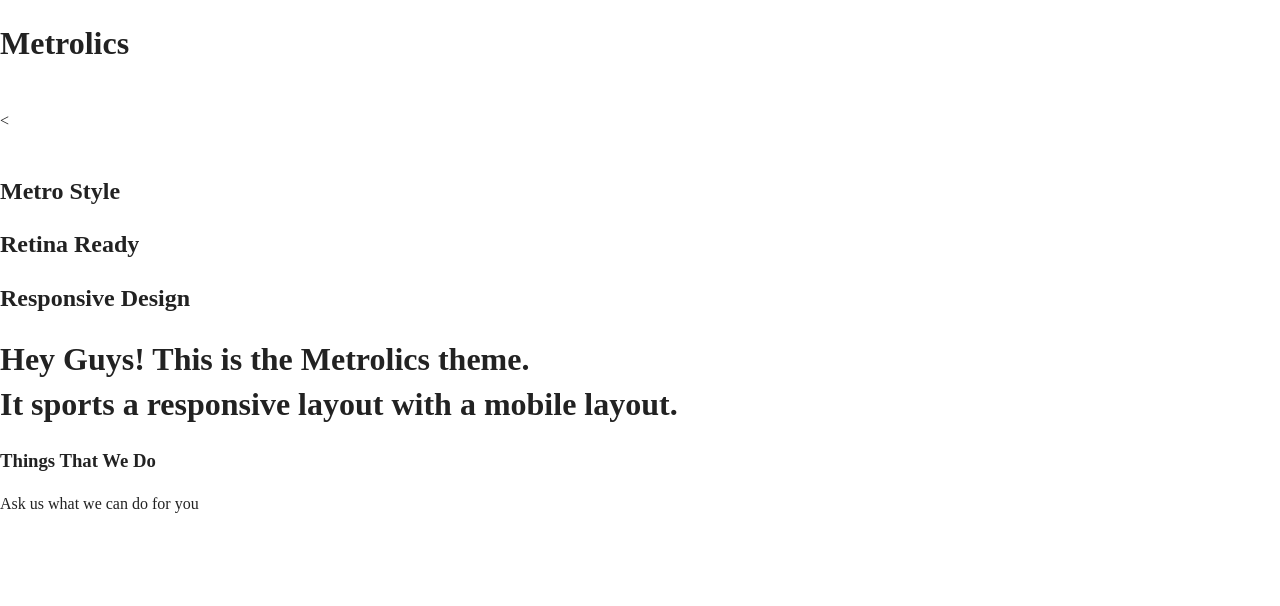
Repository: claudiashin/metrolics
Page: index.html
These files come from the project's save history. The page is drawn as it stood at one moment and after a run of saves; the edit follows.
The browser window is 1280 px wide. The pictures show the whole page.

Above is the page before, as saved 2021-01-27 14:30:31.

### index.html
<!doctype html>
<html class="no-js" lang="EN">

<head>
  <meta charset="utf-8">
  <title>MDIA 2003 Lab 3</title>
  <meta name="description" content="">
  <meta name="viewport" content="width=device-width, initial-scale=1">

  <link rel="manifest" href="site.webmanifest">
  <link rel="apple-touch-icon" href="icon.png">
  <!-- Place favicon.ico in the root directory -->

  <link rel="stylesheet" href="css/normalize.css">
  <link rel="stylesheet" href="css/main.css">
</head>

<body>
  <header>
    <div>
      <h1>Metrolics</h1>
      <img src="">
    </div>
  </header>

  <nav class="navbar">
    <div class="nav_container">
      <div class="nav_icon">
        <
      </div>
    </div>
  </nav>

  <section class="main_container">
    <div class="heroimg">
      <img src="">
    </div>
    <div class="">
      <h2>Metro Style</h2>
      <h2>Retina Ready</h2>
      <h2>Responsive Design</h2>
    </div>
  </section>

  <section class="main_container">
    <h1>
      Hey Guys! This is the <span class="textcol">Metrolics</span> theme.<br>
      It sports a responsive layout with a mobile layout.
    </h1>
  </section>

  <section class="main_container">
    <div class="container">
      <h3>Things That We Do</h3>
      <p>Ask us what we can do for you</p>
    </div>
    <div class="container">
      <div class=""
    </div>

  </section>

  <section class="main_container">

  </section>

  <section class="main_container">

  </section>

  <article class="main_container">

  </article>

  <footer>

  </footer>
</body>

</html>

### css/main.css
/*! HTML5 Boilerplate v8.0.0 | MIT License | https://html5boilerplate.com/ */

/* main.css 2.1.0 | MIT License | https://github.com/h5bp/main.css#readme */
/*
 * What follows is the result of much research on cross-browser styling.
 * Credit left inline and big thanks to Nicolas Gallagher, Jonathan Neal,
 * Kroc Camen, and the H5BP dev community and team.
 */

/* ==========================================================================
   Base styles: opinionated defaults
   ========================================================================== */

html {
  color: #222;
  font-size: 1em;
  line-height: 1.4;
}

/*
 * Remove text-shadow in selection highlight:
 * https://twitter.com/miketaylr/status/12228805301
 *
 * Vendor-prefixed and regular ::selection selectors cannot be combined:
 * https://stackoverflow.com/a/16982510/7133471
 *
 * Customize the background color to match your design.
 */

::-moz-selection {
  background: #b3d4fc;
  text-shadow: none;
}

::selection {
  background: #b3d4fc;
  text-shadow: none;
}

/*
 * A better looking default horizontal rule
 */

hr {
  display: block;
  height: 1px;
  border: 0;
  border-top: 1px solid #ccc;
  margin: 1em 0;
  padding: 0;
}

/*
 * Remove the gap between audio, canvas, iframes,
 * images, videos and the bottom of their containers:
 * https://github.com/h5bp/html5-boilerplate/issues/440
 */

audio,
canvas,
iframe,
img,
svg,
video {
  vertical-align: middle;
}

/*
 * Remove default fieldset styles.
 */

fieldset {
  border: 0;
  margin: 0;
  padding: 0;
}

/*
 * Allow only vertical resizing of textareas.
 */

textarea {
  resize: vertical;
}

/* ==========================================================================
   Author's custom styles
   ========================================================================== */

/* ==========================================================================
   Helper classes
   ========================================================================== */

/*
 * Hide visually and from screen readers
 */

.hidden,
[hidden] {
  display: none !important;
}

/*
 * Hide only visually, but have it available for screen readers:
 * https://snook.ca/archives/html_and_css/hiding-content-for-accessibility
 *
 * 1. For long content, line feeds are not interpreted as spaces and small width
 *    causes content to wrap 1 word per line:
 *    https://medium.com/@jessebeach/beware-smushed-off-screen-accessible-text-5952a4c2cbfe
 */

.sr-only {
  border: 0;
  clip: rect(0, 0, 0, 0);
  height: 1px;
  margin: -1px;
  overflow: hidden;
  padding: 0;
  position: absolute;
  white-space: nowrap;
  width: 1px;
  /* 1 */
}

/*
 * Extends the .sr-only class to allow the element
 * to be focusable when navigated to via the keyboard:
 * https://www.drupal.org/node/897638
 */

.sr-only.focusable:active,
.sr-only.focusable:focus {
  clip: auto;
  height: auto;
  margin: 0;
  overflow: visible;
  position: static;
  white-space: inherit;
  width: auto;
}

/*
 * Hide visually and from screen readers, but maintain layout
 */

.invisible {
  visibility: hidden;
}

/*
 * Clearfix: contain floats
 *
 * For modern browsers
 * 1. The space content is one way to avoid an Opera bug when the
 *    `contenteditable` attribute is included anywhere else in the document.
 *    Otherwise it causes space to appear at the top and bottom of elements
 *    that receive the `clearfix` class.
 * 2. The use of `table` rather than `block` is only necessary if using
 *    `:before` to contain the top-margins of child elements.
 */

.clearfix::before,
.clearfix::after {
  content: " ";
  display: table;
}

.clearfix::after {
  clear: both;
}

/* ==========================================================================
   EXAMPLE Media Queries for Responsive Design.
   These examples override the primary ('mobile first') styles.
   Modify as content requires.
   ========================================================================== */

@media only screen and (min-width: 35em) {
  /* Style adjustments for viewports that meet the condition */
}

@media print,
  (-webkit-min-device-pixel-ratio: 1.25),
  (min-resolution: 1.25dppx),
  (min-resolution: 120dpi) {
  /* Style adjustments for high resolution devices */
}

/* ==========================================================================
   Print styles.
   Inlined to avoid the additional HTTP request:
   https://www.phpied.com/delay-loading-your-print-css/
   ========================================================================== */

@media print {
  *,
  *::before,
  *::after {
    background: #fff !important;
    color: #000 !important;
    /* Black prints faster */
    box-shadow: none !important;
    text-shadow: none !important;
  }

  a,
  a:visited {
    text-decoration: underline;
  }

  a[href]::after {
    content: " (" attr(href) ")";
  }

  abbr[title]::after {
    content: " (" attr(title) ")";
  }

  /*
   * Don't show links that are fragment identifiers,
   * or use the `javascript:` pseudo protocol
   */
  a[href^="#"]::after,
  a[href^="javascript:"]::after {
    content: "";
  }

  pre {
    white-space: pre-wrap !important;
  }

  pre,
  blockquote {
    border: 1px solid #999;
    page-break-inside: avoid;
  }

  /*
   * Printing Tables:
   * https://web.archive.org/web/20180815150934/http://css-discuss.incutio.com/wiki/Printing_Tables
   */
  thead {
    display: table-header-group;
  }

  tr,
  img {
    page-break-inside: avoid;
  }

  p,
  h2,
  h3 {
    orphans: 3;
    widows: 3;
  }

  h2,
  h3 {
    page-break-after: avoid;
  }
}

Loaded but not shown: css/normalize.css (library)

After the next 6 saves:
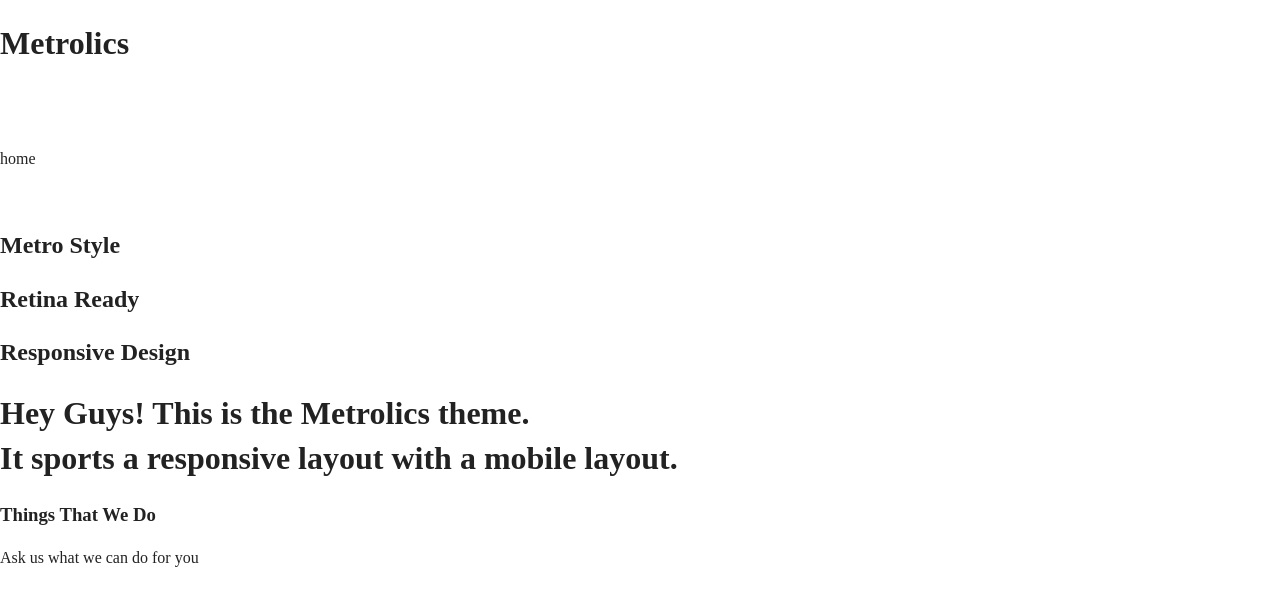
The 6 saves are shown as one change because they came seconds apart.
The last was saved 15 s later.
--- a/index.html
+++ b/index.html
@@ -26,7 +26,8 @@
   <nav class="navbar">
     <div class="nav_container">
       <div class="nav_icon">
-        <
+        <img src="">
+        <p>home</p>
       </div>
     </div>
   </nav>
